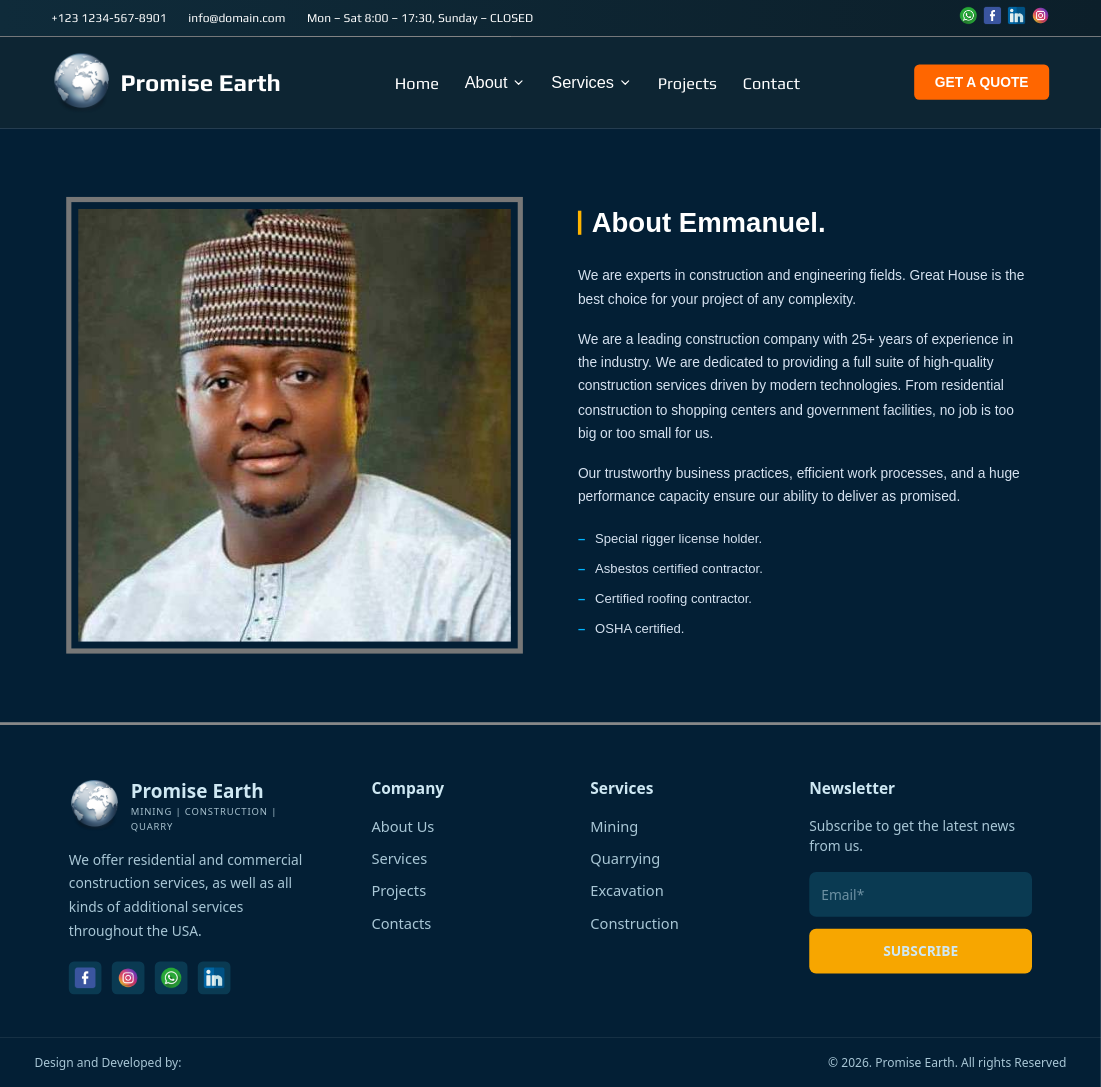
Repository: KC-Minchakpu/promise-earth
Page: /Emmanuel
These files come from the project's save history. The page is drawn as it stood at one moment and after the next save; the edit follows.
The browser window is 1280 px wide. The pictures show the whole page, at 86% of full size.
The project was rebuilt for these pictures with package versions that can differ from the ones it lists, and the page was loaded fresh each time. The framework's server and built-in components were replaced by stand-ins that run in the browser. Also part of the build but not shown: next.config.ts.

Above is the page before, as saved 2026-02-27 13:25:43.

### src/app/layout.tsx
import type { Metadata } from "next";
import { Play, Poppins } from "next/font/google";
import "./globals.css";
import Header from "@/components/Header/Header";
import Footer from "@/components/Footer/Footer";

const play = Play({
  variable: "--font-play",
  subsets: ["latin"],
  weight: ["400", "700"],
});

const poppins = Poppins({
  variable: "--font-poppins",
  subsets: ["latin"],
  weight: ["300", "400", "500", "600", "700"],
});

export const metadata: Metadata = {
  title: "Promise Earth | Home",
  description: "Promise Earth is a construction company that delivers high-quality projects with expertise and dedication.",
};

export default function RootLayout({
  children,
}: Readonly<{
  children: React.ReactNode;
}>) {
  return (
    <html lang="en">
      <body
        className={`${play.variable} ${poppins.variable} antialiased`}
      >
        <Header />
        {children}
        <Footer />
      </body>
    </html>
  );
}

### src/app/Emmanuel/page.tsx
import AboutEmmanuel from "@/components/About/AboutEmmanuel";

export default function EmmanuelPage() {
  return (
    <>
      <AboutEmmanuel />
    </>
  );
}

### src/app/globals.css
@import "tailwindcss";

:root {
  --background: #ffffff;
  --foreground: #171717;
}


@media (prefers-color-scheme: dark) {
  :root {
    --background: #0a0a0a;
    --foreground: #ededed;
  }
}

body {
  background: var(--background);
  color: var(--foreground);
  font-family: Arial, Helvetica, sans-serif;
}

### src/components/Header/Header.tsx
"use client";

import { useState, useEffect, useRef } from "react";
import { usePathname } from "next/navigation";
import Link from "next/link";
import Image from "next/image";
import styles from "./Header.module.css";
import { ChevronDown, Menu, X } from "lucide-react";

const Header = () => {
  const pathname = usePathname();

  const [mobileOpen, setMobileOpen] = useState(false);
  const [scrolled, setScrolled] = useState(false);
  const [aboutOpen, setAboutOpen] = useState(false);
  const [servicesOpen, setServicesOpen] = useState(false);

  // FIX: correct timeout type
  const aboutTimeoutRef = useRef<ReturnType<typeof setTimeout> | null>(null);
  const servicesTimeoutRef = useRef<ReturnType<typeof setTimeout> | null>(null);

  /* Sticky Scroll */
  useEffect(() => {
    const handleScroll = () => {
      setScrolled(window.scrollY > 20);
    };

    window.addEventListener("scroll", handleScroll);
    return () => window.removeEventListener("scroll", handleScroll);
  }, []);

  const isActive = (path: string) => pathname === path;

  const socials = [
    { href: "#", src: "/icons/whatsapp.png", alt: "WhatsApp", title: "WhatsApp" },
    { href: "#", src: "/icons/facebook.png", alt: "Facebook", title: "Facebook" },
    { href: "#", src: "/icons/linkedin.png", alt: "LinkedIn", title: "LinkedIn" },
    { href: "#", src: "/icons/instagram.png", alt: "Instagram", title: "Instagram" },
  ];

  return (
    <header className={`${styles.header} ${scrolled ? styles.scrolled : ""}`}>

      {/* TOP BAR */}
      <div className={styles.topBar}>
        <div className={styles.topContainer}>

          <div className={styles.topLeft}>
            <span>+123 1234-567-8901</span>
            <span>info@domain.com</span>
            <span>Mon – Sat 8:00 – 17:30, Sunday – CLOSED</span>
          </div>

          <div className={styles.topRight}>
            {socials.map((social) => (
              <a key={social.alt} href={social.href} title={social.title}>
                <Image
                  src={social.src}
                  alt={social.alt}
                  width={20}
                  height={20}
                />
              </a>
            ))}
          </div>

        </div>
      </div>


      {/* NAVBAR */}
      <div className={styles.navbar}>
        <div className={styles.navContainer}>

          {/* LOGO */}
          <Link href="/" className={styles.logo}>
            <Image
              src="/images/globe.png"
              alt="Promise Earth Logo"
              width={70}
              height={70}
              priority
            />
            <span>Promise Earth</span>
          </Link>


          {/* NAV LINKS */}
          <nav className={`${styles.navLinks} ${mobileOpen ? styles.show : ""}`}>

            <Link href="/" className={isActive("/") ? styles.active : ""}>
              Home
            </Link>


            {/* ABOUT */}
            <div
              className={styles.dropdown}
              onMouseEnter={() => {
                if (aboutTimeoutRef.current) clearTimeout(aboutTimeoutRef.current);
                setAboutOpen(true);
              }}
              onMouseLeave={() => {
                aboutTimeoutRef.current = setTimeout(() => {
                  setAboutOpen(false);
                }, 150);
              }}
            >

              <button className={styles.dropBtn}>
                About <ChevronDown size={16} />
              </button>

              <div className={`${styles.dropdownMenu} ${aboutOpen ? styles.showDropdown : ""}`}>
                <Link href="/AboutUs">Promise Earth</Link>
                <Link href="/Emmanuel">Emmanuel K. Benjamin</Link>
                <Link href="/our-team">Our Team</Link>
              </div>

            </div>


            {/* SERVICES */}
            <div
              className={styles.dropdown}
              onMouseEnter={() => {
                if (servicesTimeoutRef.current) clearTimeout(servicesTimeoutRef.current);
                setServicesOpen(true);
              }}
              onMouseLeave={() => {
                servicesTimeoutRef.current = setTimeout(() => {
                  setServicesOpen(false);
                }, 150);
              }}
            >

              <button className={styles.dropBtn}>
                Services <ChevronDown size={16} />
              </button>

              <div className={`${styles.dropdownMenu} ${servicesOpen ? styles.showDropdown : ""}`}>
                <Link href="/mining">Mining</Link>
                <Link href="/quarry">Quarry</Link>
                <Link href="/construction">Construction</Link>
                <Link href="/excavation">Excavation</Link>
                <Link href="/sandstones">Sandstones</Link>
              </div>

            </div>


            <Link href="/projects" className={isActive("/projects") ? styles.active : ""}>
              Projects
            </Link>

            <Link href="/contact" className={isActive("/contact") ? styles.active : ""}>
              Contact
            </Link>

          </nav>


          {/* CTA */}
          <div className={styles.cta}>
            <Link href="/contact">GET A QUOTE</Link>
          </div>


          {/* MOBILE TOGGLE */}
          <div
            className={styles.mobileToggle}
            onClick={() => setMobileOpen(!mobileOpen)}
          >
            {mobileOpen ? <X size={24} /> : <Menu size={24} />}
          </div>


        </div>
      </div>

    </header>
  );
};

export default Header;

### src/components/Footer/Footer.tsx
// Footer.tsx
import styles from "./Footer.module.css";
import Link from "next/link";
import Image from "next/image";

export default function Footer() {
  return (
    <footer className={styles.footer}>
      <div className={styles.container}>
        {/* Column 1 */}
        <div className={styles.colBrand}>
          <div className={styles.logoRow}>
            <Image
            src="/images/globe.png"
            alt="Promise Earth logo"
            width={60}
            height={60}
            className={styles.logoImage}
            priority
            />
            <div>
              <div className={styles.brand}>Promise Earth</div>
              <div className={styles.subBrand}>MINING | CONSTRUCTION | QUARRY</div>
            </div>
          </div>

          <p className={styles.desc}>
            We offer residential and commercial construction services, as well
            as all kinds of additional services throughout the USA.
          </p>

          <div className={styles.socials}>
      <a
        href="https://www.facebook.com/yourpage"
        target="_blank"
        rel="noopener noreferrer"
        aria-label="Facebook"
        className={styles.social}
      >
        <Image
          src="/icons/facebook.png"
          alt="Facebook"
          width={24}
          height={24}
        />
      </a>

      <a
        href="https://www.instagram.com/yourpage"
        target="_blank"
        rel="noopener noreferrer"
        aria-label="Instagram"
        className={styles.social}
      >
        <Image
          src="/icons/instagram.png"
          alt="Instagram"
          width={24}
          height={24}
        />
      </a>

      <a
        href="https://whatsapp.com/yourpage"
        target="_blank"
        rel="noopener noreferrer"
        aria-label="WhatsApp"
        className={styles.social}
      >
        <Image
          src="/icons/whatsapp.png"
          alt="WhatsApp"
          width={24}
          height={24}
        />
      </a>

      <a
        href="https://www.linkedin.com/@yourchannel"
        target="_blank"
        rel="noopener noreferrer"
        aria-label="LinkedIn"
        className={styles.social}
      >
        <Image
          src="/icons/linkedin.png"
          alt="LinkedIn"
          width={24}
          height={24}
        />
      </a>
    </div>
        </div>

        {/* Column 2 */}
        <div className={styles.col}>
          <h4 className={styles.heading}>Company</h4>
          <ul className={styles.links}>
            <li><Link href="/sectors" className={styles.link}>About Us</Link></li>
            <li><Link href="/services" className={styles.link}>Services</Link></li>
            <li><Link href="/projects" className={styles.link}>Projects</Link></li>
            <li><Link href="/contacts" className={styles.link}>Contacts</Link></li>
          </ul>
        </div>

        {/* Column 3 */}
        <div className={styles.col}>
          <h4 className={styles.heading}>Services</h4>
          <ul className={styles.links}>
            <li><Link href="/services/project-management" className={styles.link}>Mining</Link></li>
            <li><Link href="/services/design-build" className={styles.link}>Quarrying</Link></li>
            <li><Link href="/services/remodeling" className={styles.link}>Excavation</Link></li>
            <li><Link href="/services/construction" className={styles.link}>Construction</Link></li>
          </ul>
        </div>

        {/* Column 4 */}
        <div className={styles.colNewsletter}>
          <h4 className={styles.heading}>Newsletter</h4>
          <p className={styles.newsText}>
            Subscribe to get the latest news from us.
          </p>

          <input
            type="email"
            placeholder="Email*"
            className={styles.input}
          />
          <button className={styles.button}>SUBSCRIBE</button>
        </div>
      </div>

      <div className={styles.bottomBar}>
        <span>Design and Developed by: </span>
        <span>&copy; 2026. Promise Earth. All rights Reserved</span>
      </div>
    </footer>
  );
}

### src/components/About/AboutEmmanuel.tsx
import Image from "next/image";
import styles from "./AboutEmmanuel.module.css";

const AboutEmmanuel = () => {
  return (
    <section className={styles.about}>
      <div className={styles.container}>
        {/* Image */}
        <div className={styles.imageWrapper}>
          <Image
            src="/images/team-1.jpg"
            alt="Emmanuel K. Benjamin"
            width={520}
            height={620}
            className={styles.image}
          />
        </div>

        {/* Content */}
        <div className={styles.content}>
          <h2 className={styles.heading}>
            <span className={styles.accent} /> About Emmanuel.
          </h2>

          <p>
            We are experts in construction and engineering fields. Great House
            is the best choice for your project of any complexity.
          </p>

          <p>
            We are a leading construction company with 25+ years of experience
            in the industry. We are dedicated to providing a full suite of
            high-quality construction services driven by modern technologies.
            From residential construction to shopping centers and government
            facilities, no job is too big or too small for us.
          </p>

          <p>
            Our trustworthy business practices, efficient work processes, and a
            huge performance capacity ensure our ability to deliver as promised.
          </p>

          <ul className={styles.list}>
            <li>Special rigger license holder.</li>
            <li>Asbestos certified contractor.</li>
            <li>Certified roofing contractor.</li>
            <li>OSHA certified.</li>
          </ul>
        </div>
      </div>
    </section>
  );
};

export default AboutEmmanuel;

### src/components/Header/Header.module.css
.header {
  position: sticky;
  top: 0;
  z-index: 9999;
  transition: all 0.3s ease;
}

.scrolled {
  box-shadow: 0 6px 20px rgba(0, 0, 0, 0.15);
}

.topBar {
  background: linear-gradient(to right, #0f2b3a, #0c1f2a);
  color: #ffffff;
  font-size: 14px;
  font-family: "Play", sans-serif;
  border-bottom: 1px solid #888888;
}

.topContainer {
  max-width: 1200px;
  margin: auto;
  padding: 8px 20px;
  display: flex;
  justify-content: space-between;
  align-items: center;
}

.topLeft span {
  margin-right: 25px;
}

.topRight a {
  margin-left: 8px;
  display: inline-block;
}

/* NAVBAR */
.navbar {
  background: #0d2533;
  color: white;
}

.navContainer {
  max-width: 1200px;
  margin: auto;
  padding: 18px 20px;
  display: flex;
  align-items: center;
  justify-content: space-between;
}

/* LOGO */
.logo {
  display: flex;
  align-items: center;
  gap: 10px;
  font-size: 28px;
  font-weight: bold;
  font-family: "Play", sans-serif;
  text-decoration: none;
  color: white;
}

/* NAV LINKS */
.navLinks {
  display: flex;
  align-items: center;
  gap: 30px;
}

.navLinks a {
  color: white;
  text-decoration: none;
  font-size: 19px;
  font-weight: 500;
  transition: color 0.3s ease;
  font-family: "Play", sans-serif;
}

.navLinks a:hover {
  color: #ffae00;
}

.active {
  color: #ffbb00 !important;
}

/* DROPDOWN  */
.dropdown {
  position: relative;
}

.dropBtn {
  background: none;
  border: none;
  color: white;
  font-weight: 500;
  font-size: 19px;
  display: flex;
  align-items: center;
  gap: 5px;
  cursor: pointer;
  transition: color 0.3s ease;
}

.dropBtn:hover {
  color: #ffc400;
}

.dropdownMenu {
  position: absolute;
  top: 100%;
  left: 0;
  margin-top: 0;
  background: #111111;
  min-width: 250px;
  border-radius: 6px;
  box-shadow: 0 10px 25px rgba(0, 0, 0, 0.15);
  opacity: 0;
  transform: translateY(10px);
  pointer-events: none;
  transition: all 0.25s ease;
}

.showDropdown {
  opacity: 1;
  transform: translateY(0);
  pointer-events: auto;
}

.dropdownMenu a {
  display: block;
  padding: 12px 18px;
  color: #ffffff;
  text-decoration: none;
  transition: background 0.3s ease;
}

.dropdownMenu a:hover {
   color: #ffc400;
}

/* CTA  */
.cta a {
  background: #ff6600;
  padding: 12px 24px;
  border-radius: 6px;
  color: white;
  text-decoration: none;
  font-weight: bold;
  transition: all 0.3s ease;
}

.cta a:hover {
  background: #e65c00;
  transform: translateY(-2px);
}

/*  MOBILE  */
.mobileToggle {
  display: none;
  cursor: pointer;
}

@media (max-width: 992px) {
  .navLinks {
    position: absolute;
    top: 80px;
    left: 0;
    width: 100%;
    background: #0d2533;
    flex-direction: column;
    padding: 20px;
    display: none;
  }

  .show {
    display: flex;
  }

  .cta {
    display: none;
  }

  .mobileToggle {
    display: block;
  }

  .dropdownMenu {
    position: relative;
    top: 0;
    box-shadow: none;
    opacity: 1;
    transform: none;
    pointer-events: auto;
    background: #112f40;
  }

  .dropdownMenu a {
    color: white;
  }
}

### src/components/Footer/Footer.module.css
.footer {
  background: #031f35;
  color: #cfe8f3;
  padding-top: 60px;
  font-family: system-ui, -apple-system, Segoe UI, Roboto, sans-serif;
  border-top: 3px solid #888888;
}

.container {
  max-width: 1200px;
  margin: 0 auto;
  display: grid;
  grid-template-columns: 1.5fr 1fr 1fr 1.2fr;
  gap: 60px;
  padding: 0 40px 50px;
}

.logoRow {
  display: flex;
  align-items: center;
  gap: 12px;
  margin-bottom: 18px;
}

.logoIcon {
  font-size: 34px;
}

.brand {
  font-size: 22px;
  font-weight: 700;
}

.subBrand {
  font-size: 11px;
  letter-spacing: 1px;
  opacity: 0.8;
}

.desc {
  margin-top: 10px;
  line-height: 1.7;
  color: #a9c7d6;
}

.socials {
  margin-top: 22px;
  display: flex;
  gap: 12px;
}

.social {
  width: 38px;
  height: 38px;
  display: grid;
  place-items: center;
  background: #0a3a52;
  border-radius: 6px;
  cursor: pointer;
  font-size: 14px;
}

.heading {
  font-size: 18px;
  font-weight: 700;
  margin-bottom: 18px;
}

.links {
  list-style: none;
  font-family: "Play" sans-serif;
  font-size: 17px;
  padding: 0;
  margin: 0;
  display: grid;
  gap: 12px;
  color: #a9c7d6;
}
 .links :hover {
    color: #f7a600;
    text-decoration: underline;
 }

.colNewsletter {
  display: flex;
  flex-direction: column;
}

.newsText {
  color: #a9c7d6;
  margin-bottom: 18px;
}

.input {
  background: #0a3a52;
  border: none;
  padding: 14px;
  border-radius: 8px;
  color: #cfe8f3;
  margin-bottom: 14px;
}

.button {
  background: #f7a600;
  border: none;
  padding: 14px;
  border-radius: 8px;
  font-weight: 700;
  cursor: pointer;
}

.bottomBar {
  border-top: 1px solid rgba(255,255,255,0.1);
  display: flex;
  justify-content: space-between;
  padding: 18px 40px;
  color: #a9c7d6;
  font-size: 14px;
}

### src/components/About/AboutEmmanuel.module.css
.about {
  background: #031f35;
  padding: 5rem 6%;
}

.container {
  display: grid;
  grid-template-columns: 1fr 1fr;
  gap: 4rem;
  align-items: center;
}

.imageWrapper {
  border: 6px solid #777777;
  padding: 0.5rem;
}

.image {
  width: 100%;
  height: auto;
  display: block;
}

.content {
  color: #d6e2f0;
}

.heading {
  display: flex;
  align-items: center;
  font-size: 2rem;
  font-weight: 800;
  color: #ffffff;
  margin-bottom: 1.5rem;
}

.accent {
  width: 4px;
  height: 28px;
  background-color: #ffb400;
  margin-right: 0.75rem;
}

.content p {
  line-height: 1.7;
  margin-bottom: 1.25rem;
  font-size: 1rem;
}

.list {
  margin-top: 1.5rem;
  list-style: none;
  padding: 0;
}

.list li {
  position: relative;
  padding-left: 1.25rem;
  margin-bottom: 0.75rem;
  font-size: 0.95rem;
}

.list li::before {
  content: "–";
  position: absolute;
  left: 0;
  color: #00b4ff;
  font-weight: 700;
}

/* Responsive */
@media (max-width: 900px) {
  .container {
    grid-template-columns: 1fr;
  }

  .imageWrapper {
    max-width: 500px;
    margin: 0 auto;
  }
}

After the next save:
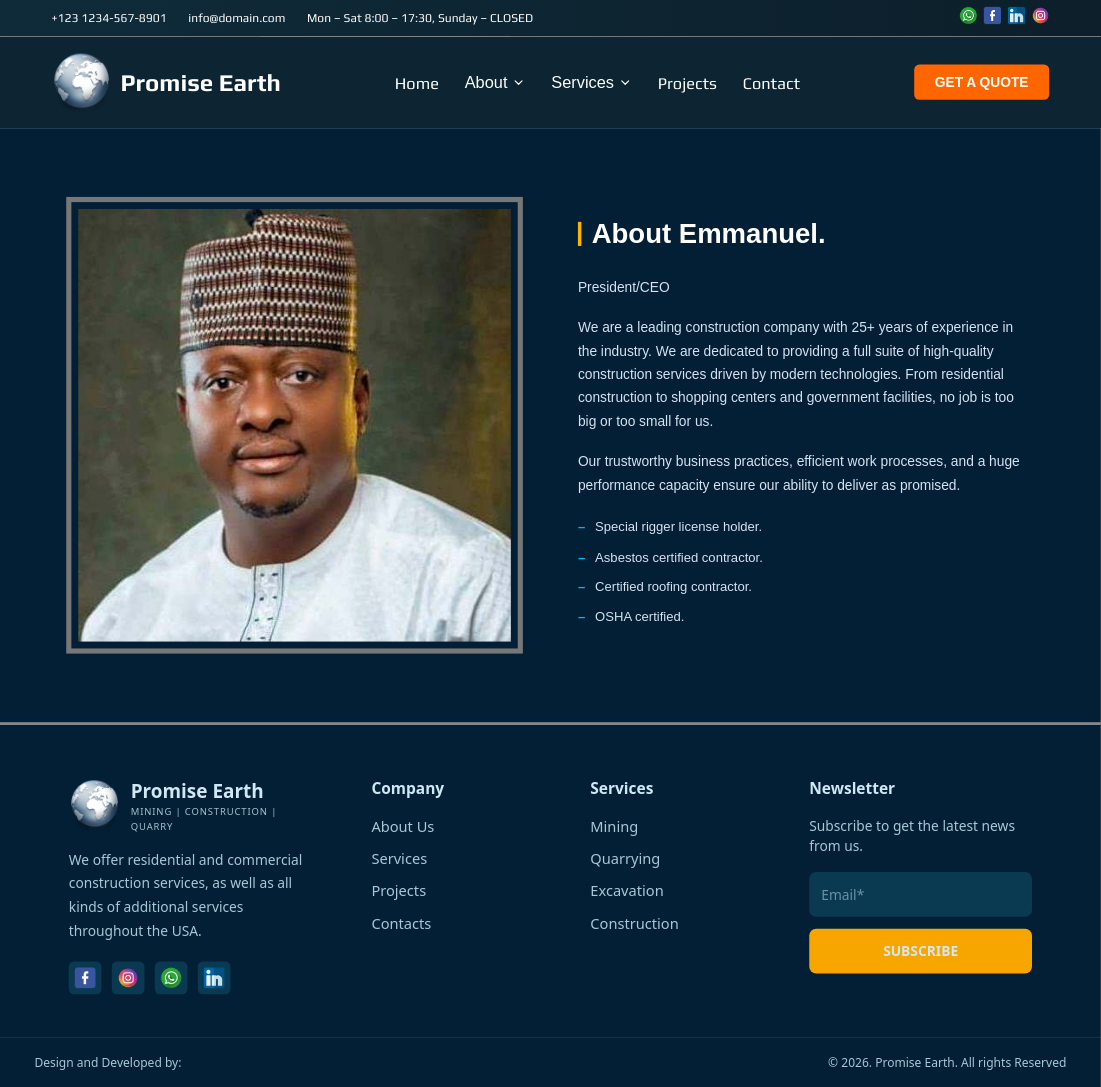
Saved 56 s later.
--- a/src/components/About/AboutEmmanuel.tsx
+++ b/src/components/About/AboutEmmanuel.tsx
@@ -23,8 +23,7 @@ const AboutEmmanuel = () => {
           </h2>
 
           <p>
-            We are experts in construction and engineering fields. Great House
-            is the best choice for your project of any complexity.
+            President/CEO
           </p>
 
           <p>
